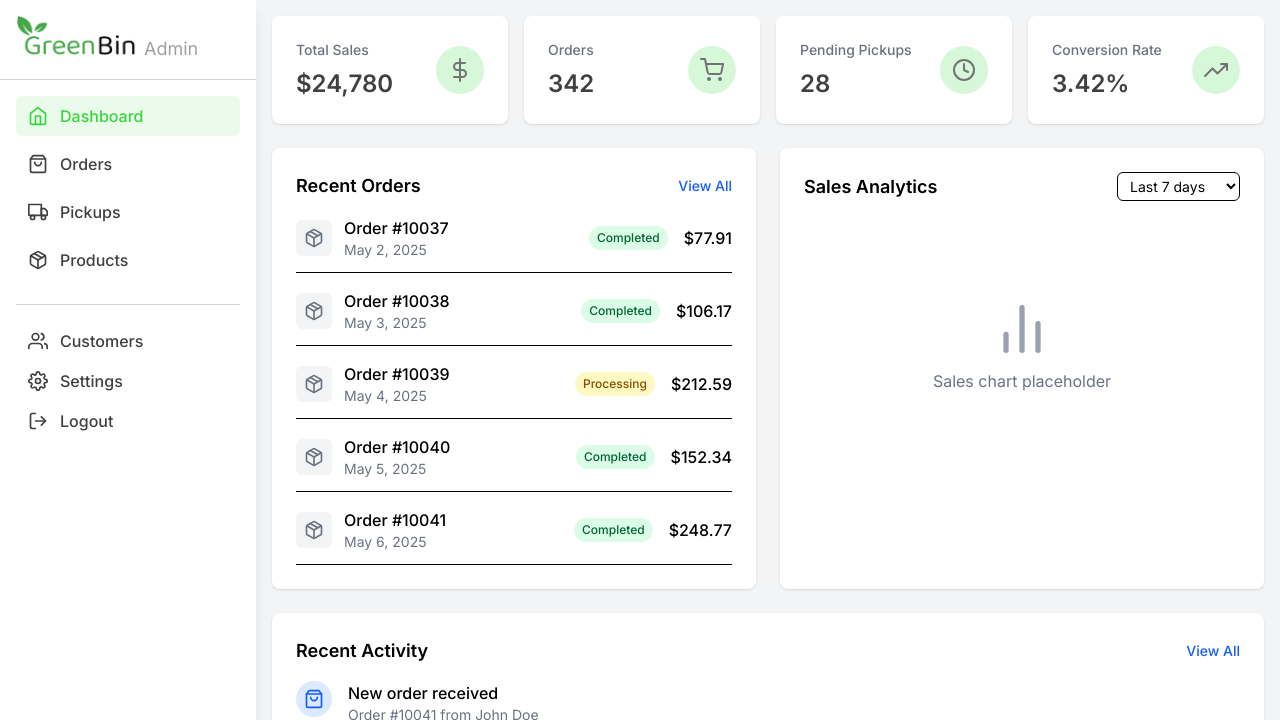
Repository: Siddhu123456/Plastic-Waste-Management
Page: /dashboard (app in frontend/)
An editor plug-in stored every save of this project. The page is shown before and after the next save, followed by the edit.
The browser window is 1280 px wide. The pictures show the whole page.
An inner scrolling area shows only its first screen. The project was rebuilt for these pictures with package versions that can differ from the ones it lists, and the page was loaded fresh each time. Also part of the build but not shown: frontend/vite.config.js, frontend/src/components/ProductCard.jsx, frontend/src/components/TrendingProductsCarousel.jsx, frontend/src/pages/Home.jsx, frontend/src/components/FilterBar.jsx, frontend/src/components/Loader.jsx, frontend/src/pages/customer/Shop.jsx, frontend/src/pages/customer/Recycle.jsx and 22 more. Imported but missing from the stored project, and not drawn on this page: frontend/src/pages/Help, frontend/src/pages/customer/WishList.

Above is the page before, as saved 2025-05-06 21:12:05.

### frontend/src/index.css
@import url('https://fonts.googleapis.com/css2?family=Fugaz+One&family=Montserrat:ital@0;1&display=swap');
@import url('https://fonts.googleapis.com/css2?family=Inter:ital,opsz,wght@0,14..32,100..900;1,14..32,100..900&display=swap');
@import "tailwindcss";


@custom-variant dark (&:where(.dark, .dark *));


@theme{
  --color-ow : #f5f5f5;
  --color-dbg : #000803;
  --color-dsc : #1e221f;
  --color-dtc : #313532;
  --color-lgg : #3bd440;
  --color-tc : #1e1e1e;
  --color-lgd : #2aa12e;
  --color-bl: #1D2A35;
  --color-lg-trans : rgba(69, 167, 72, 0.3);
}

@layer components {
  .pri-btn {
    @apply text-white cursor-pointer text-center rounded-lg bg-lgg hover:bg-lgd transition duration-300
  }
  .white-btn {
    @apply text-lgg cursor-pointer text-center rounded-2xl bg-ow transition duration-300
  }
  .trans-btn{
    @apply border text-center rounded-2xl cursor-pointer border-lgg text-lgg hover:bg-lgg hover:text-white transition
  }

  .white-trans-btn{
    @apply border text-center rounded-2xl cursor-pointer border-white text-white transition duration-300
  }
}

@layer utilities{
  .no-scrollbar::-webkit-scrollbar {
    display: none;
}
.no-scrollbar {
    -ms-overflow-style: none;
    scrollbar-width: none;
}
}

:root{
  font-family: "Inter", sans-serif;
  background-color: #f5f5f5;
  box-sizing: border-box;
  overflow-x: hidden;
}


input[type='range'] {
  pointer-events: all;
  height: 0;
}

input[type='range']::-webkit-slider-thumb {
  appearance: none;
  height: 16px;
  width: 16px;
  background: #22c55e;
  border-radius: 9999px;
  cursor: pointer;
  border: none;
}

input[type='range']::-moz-range-thumb {
  height: 16px;
  width: 16px;
  background: #22c55e;
  border-radius: 9999px;
  cursor: pointer;
  border: none;
}

### frontend/src/App.jsx
import { CartProvider } from './components/CartContext.jsx';
import AppRoutes from './routes/AppRoutes.jsx'


const App = () => (
    <CartProvider>
        <AppRoutes />
    </CartProvider>
)

export default App;

### frontend/src/components/CartContext.jsx
import { createContext, useContext, useState } from "react";

const CartContext = createContext();

export const CartProvider = ({ children }) => {
  const [cartCount, setCartCount] = useState(0);

  return (
    <CartContext.Provider value={{ cartCount, setCartCount }}>
      {children}
    </CartContext.Provider>
  );
};

export const useCart = () => useContext(CartContext);

### frontend/src/routes/AppRoutes.jsx
import { BrowserRouter as Router, Routes, Route } from 'react-router-dom'

import Home from '../pages/Home'
import Help from '../pages/Help'
import Shop from '../pages/customer/Shop'
import Recycle from '../pages/customer/Recycle'
import Cart from '../pages/customer/Cart'
import WishList from '../pages/customer/WishList'
import ProductOverview from '../pages/customer/ProductOverview'
import ScrollToTop from './ScrollToTop'
import Layout from '../components/Layout'
import Wallet from '../pages/customer/Wallet'
import OrderHistory from '../pages/customer/OrderHistory'
import OrderSummary from '../pages/customer/OrderSummary'
import PickupHistory from '../pages/customer/PickupHistory'
import CustomerProfile from '../pages/customer/CustomerProfile'
import ProductForm from '../pages/admin/ProductForm'
import Dashboard from '../pages/admin/Dashboard'
import Orders from '../pages/admin/Orders'
import AdminLayout from '../pages/admin/AdminLayout'

const AppRoutes = () => {
  return (
    <Router>
      <ScrollToTop />
      <Routes>
        {/* Routes using main Layout */}
        <Route element={<Layout />}>
          <Route path='/' element={<Home />} />
          <Route path='/recycle' element={<Recycle />} />
          <Route path='/shop' element={<Shop />} />
          <Route path='/help' element={<Help />} />
          <Route path='/cart' element={<Cart />} />
          <Route path='/favorites' element={<WishList />} />
          <Route path='/wallet' element={<Wallet />} />
          <Route path='/product/:id' element={<ProductOverview />} />
          <Route path='/orders' element={<OrderHistory />} />
          <Route path='/orders/:id' element={<OrderSummary />} />
          <Route path='/pickups' element={<PickupHistory />} />
          <Route path='/cprofile' element={<CustomerProfile />} />
          <Route path='/pform' element={<ProductForm />} />
        </Route>

        <Route element={<AdminLayout />}>
          <Route path='/dashboard' element={<Dashboard />} />
          <Route path='/allorders' element={<Orders />} />
        </Route>

      </Routes>
    </Router>
  )
}

export default AppRoutes

### frontend/src/routes/ScrollToTop.jsx
import { useEffect } from "react";
import { useLocation } from "react-router-dom";

const ScrollToTop = () => {
    const {pathname} = useLocation()
    useEffect(() => {
        window.scrollTo(0,0)
    },[pathname])

    return null
}

export default ScrollToTop;

### frontend/src/pages/admin/Dashboard.jsx
import {
    FiDollarSign,
    FiShoppingCart,
    FiClock,
    FiTrendingUp,
    FiBarChart2,
    FiPackage,
    FiShoppingBag,
    FiCheckCircle,
    FiTruck,
    FiXCircle
  } from 'react-icons/fi';

  import StatCard from '../../components/StatCard';
  import ActivityItem from '../../components/ActivityItem';

  const Dashboard = () => {
    return (
      <div className="space-y-6">
        {/* Stats Cards */}
        <div className="grid grid-cols-1 sm:grid-cols-2 lg:grid-cols-4 gap-4">
          <StatCard
            title="Total Sales"
            value="$24,780"
            change="+12.5%"
            icon={<FiDollarSign className="h-6 w-6" />}
            positive
          />
          <StatCard
            title="Orders"
            value="342"
            change="+8.1%"
            icon={<FiShoppingCart className="h-6 w-6" />}
            positive
          />
          <StatCard
            title="Pending Pickups"
            value="28"
            change="-3.4%"
            icon={<FiClock className="h-6 w-6" />}
            positive={false}
          />
          <StatCard
            title="Conversion Rate"
            value="3.42%"
            change="+2.3%"
            icon={<FiTrendingUp className="h-6 w-6" />}
            positive
          />
        </div>

        {/* Recent Orders and Sales Chart */}
        <div className="grid grid-cols-1 lg:grid-cols-2 gap-6">
          <div className="bg-white rounded-lg shadow p-6">
            <div className="flex justify-between items-center mb-4">
              <h3 className="text-lg font-semibold">Recent Orders</h3>
              <button className="text-blue-600 text-sm font-medium">View All</button>
            </div>
            <div className="space-y-4">
              {/* Order Items */}
              {[1, 2, 3, 4, 5].map((order) => (
                <div key={order} className="flex justify-between items-center border-b pb-3">
                  <div className="flex items-center">
                    <div className="rounded-md bg-gray-100 p-2">
                      <FiPackage className="h-5 w-5 text-gray-500" />
                    </div>
                    <div className="ml-3">
                      <p className="font-medium">Order #{10036 + order}</p>
                      <p className="text-sm text-gray-500">May {order + 1}, 2025</p>
                    </div>
                  </div>
                  <div className="flex items-center">
                    <span className={`px-2 py-1 rounded-full text-xs font-medium ${
                      order % 3 === 0 ? 'bg-yellow-100 text-yellow-800' : 'bg-green-100 text-green-800'
                    }`}>
                      {order % 3 === 0 ? 'Processing' : 'Completed'}
                    </span>
                    <span className="ml-4 font-medium">${(Math.random() * 200 + 50).toFixed(2)}</span>
                  </div>
                </div>
              ))}
            </div>
          </div>

          <div className="bg-white rounded-lg shadow p-6">
            <div className="flex justify-between items-center mb-4">
              <h3 className="text-lg font-semibold">Sales Analytics</h3>
              <select className="text-sm border rounded-md px-2 py-1">
                <option>Last 7 days</option>
                <option>Last 30 days</option>
                <option>Last 90 days</option>
              </select>
            </div>
            <div className="h-64 flex items-center justify-center">
              <div className="text-center">
                <FiBarChart2 className="h-16 w-16 mx-auto text-gray-400" />
                <p className="mt-2 text-gray-500">Sales chart placeholder</p>
              </div>
            </div>
          </div>
        </div>

        {/* Recent Activity */}
        <div className="bg-white rounded-lg shadow p-6">
          <div className="flex justify-between items-center mb-4">
            <h3 className="text-lg font-semibold">Recent Activity</h3>
            <button className="text-blue-600 text-sm font-medium">View All</button>
          </div>
          <div className="space-y-4">
            <ActivityItem
              icon={<FiShoppingBag className="h-5 w-5" />}
              title="New order received"
              description="Order #10041 from John Doe"
              time="5 minutes ago"
            />
            <ActivityItem
              icon={<FiCheckCircle className="h-5 w-5" />}
              title="Order completed"
              description="Order #10038 has been delivered"
              time="2 hours ago"
            />
            <ActivityItem
              icon={<FiTruck className="h-5 w-5" />}
              title="Pickup scheduled"
              description="Order #10039 ready for pickup at 5:00 PM"
              time="3 hours ago"
            />
            <ActivityItem
              icon={<FiXCircle className="h-5 w-5" />}
              title="Order cancelled"
              description="Order #10036 has been cancelled"
              time="5 hours ago"
            />
          </div>
        </div>
      </div>
    );
  };

  export default Dashboard;

### frontend/src/pages/admin/AdminLayout.jsx
import React, { useState } from "react";
import { FiMenu } from "react-icons/fi";
import Sidebar from "../../components/Sidebar";
import { Outlet } from "react-router-dom";
import LogoGBB from '../../assets/images/logoGBB.png'


const AdminLayout = () => {
  const [sidebarOpen, setSidebarOpen] = useState(false);
  const [activePage, setActivePage] = useState('dashboard');

  const toggleSidebar = () => {
    setSidebarOpen(!sidebarOpen);
  };

  return (
    <div className="flex h-screen bg-gray-100 dark:bg-dsc">
      {/* Sidebar */}
      <Sidebar
        activePage={activePage}
        setActivePage={setActivePage}
        sidebarOpen={sidebarOpen}
        toggleSidebar={toggleSidebar}
      />

      {/* Main Content */}
      <div className="flex flex-col flex-1 xl:ml-64">
        {/* Top bar with menu toggle */}
        <header className="bg-white shadow-sm z-10 xl:hidden">
          <div className="px-4 py-1 flex items-center gap-4">
            <button
              onClick={toggleSidebar}
              className="mr-2 text-gray-600 focus:outline-none"
            >
              <FiMenu className="h-6 w-6" />
            </button>
            <div className=" flex items-baseline gap-2">
              <img className="w-30" src={LogoGBB} alt="GreenBin" />
              <p className="text-lg text-neutral-400">Admin</p>
            </div>
          </div>
        </header>

        {/* Page content */}
        <main className="flex-1 p-4 overflow-auto">
          <Outlet />
        </main>
      </div>

      {/* Overlay to close sidebar on mobile */}
      {sidebarOpen && (
        <div
          className="fixed inset-0 bg-black/50 z-40 xl:hidden"
          onClick={toggleSidebar}
        />
      )}
    </div>
  );
};

export default AdminLayout;

### frontend/src/components/StatCard.jsx
const StatCard = ({ title, value, icon }) => {
    return (
      <div className="bg-white rounded-lg shadow p-6">
        <div className="flex items-center justify-between">
          <div>
            <p className="text-sm font-medium text-gray-500">{title}</p>
            <p className="text-2xl text-neutral-700 font-semibold mt-2">{value}</p>
          </div>
          <div className="p-3 rounded-full text-neutral-500 bg-lgg/20">
            {icon}
          </div>
        </div>
      </div>
    );
  };

  export default StatCard;

### frontend/src/components/ActivityItem.jsx
const ActivityItem = ({ icon, title, description, time }) => {
    return (
      <div className="flex">
        <div className="mr-4">
          <div className="p-2 rounded-full bg-blue-100 text-blue-600">
            {icon}
          </div>
        </div>
        <div>
          <div className="font-medium">{title}</div>
          <div className="text-sm text-gray-500">{description}</div>
          <div className="text-xs text-gray-400 mt-1">{time}</div>
        </div>
      </div>
    );
  };

  export default ActivityItem;

### frontend/src/components/Sidebar.jsx
import {
  FiHome,
  FiShoppingBag,
  FiTruck,
  FiPackage,
  FiUsers,
  FiSettings,
  FiLogOut,
  FiX
} from 'react-icons/fi';
import LogoGBB from '../assets/images/logoGBB.png'
import SidebarItem from './SidebarItem';

const Sidebar = ({ activePage, setActivePage, sidebarOpen, toggleSidebar }) => {
  return (
    <div className={`fixed inset-y-0 left-0 top-0 z-50 w-64 bg-white shadow-lg transform transition-transform duration-200 xl:translate-x-0 ${sidebarOpen ? 'translate-x-0' : '-translate-x-full'}`}>
      <div className="flex items-center justify-between p-4 border-b border-neutral-300">
        <div className=" flex items-baseline gap-2">
          <img className="w-30" src={LogoGBB} alt="GreenBin" />
          <p className="text-lg text-neutral-400">Admin</p>
        </div>
        <button onClick={toggleSidebar} className="p-2 rounded-md xl:hidden">
          <FiX className="h-6 w-6" />
        </button>
      </div>
      <div className="p-4">
        <nav className="flex flex-col gap-2">
          <SidebarItem
            icon={<FiHome className="h-5 w-5" />}
            title="Dashboard"
            val="dashboard"
            active={activePage === 'dashboard'}
            onClick={() => setActivePage('dashboard')}
          />
          <SidebarItem
            icon={<FiShoppingBag className="h-5 w-5" />}
            title="Orders"
            val="allorders"
            active={activePage === 'orders'}
            onClick={() => setActivePage('orders')}
          />
          <SidebarItem
            icon={<FiTruck className="h-5 w-5" />}
            title="Pickups"
            active={activePage === 'pickups'}
            onClick={() => setActivePage('pickups')}
          />
          <SidebarItem
            icon={<FiPackage className="h-5 w-5" />}
            title="Products"
            active={activePage === 'products'}
            onClick={() => setActivePage('products')}
          />
          <div className="pt-4 mt-4 border-t border-neutral-300">
            <SidebarItem
              icon={<FiUsers className="h-5 w-5" />}
              title="Customers"
              active={activePage === 'customers'}
              onClick={() => setActivePage('customers')}
            />
            <SidebarItem
              icon={<FiSettings className="h-5 w-5" />}
              title="Settings"
              active={activePage === 'settings'}
              onClick={() => setActivePage('settings')}
            />
            <SidebarItem
              icon={<FiLogOut className="h-5 w-5" />}
              title="Logout"
              active={false}
            />
          </div>
        </nav>
      </div>
    </div>
  );
};

export default Sidebar;

### frontend/src/components/SidebarItem.jsx
import { Link } from "react-router-dom";

const SidebarItem = ({ icon, title,val, active, onClick }) => {
    return (
    <Link to={`/${val}`}>
          <button
        onClick={onClick}
        className={`flex items-center w-full px-3 py-2 rounded-md transition-colors cursor-pointer ${
          active ? 'bg-lgg/10 text-lgg' : 'text-neutral-700 hover:bg-lgg/10'
        }`}
      >
        <span className="mr-3">{icon}</span>
        <span className="font-medium">{title}</span>
      </button>
    </Link>
    )
  }

  export default SidebarItem;

Loaded but not shown: frontend/index.html (common file); frontend/src/main.jsx (common file)

After the next save:
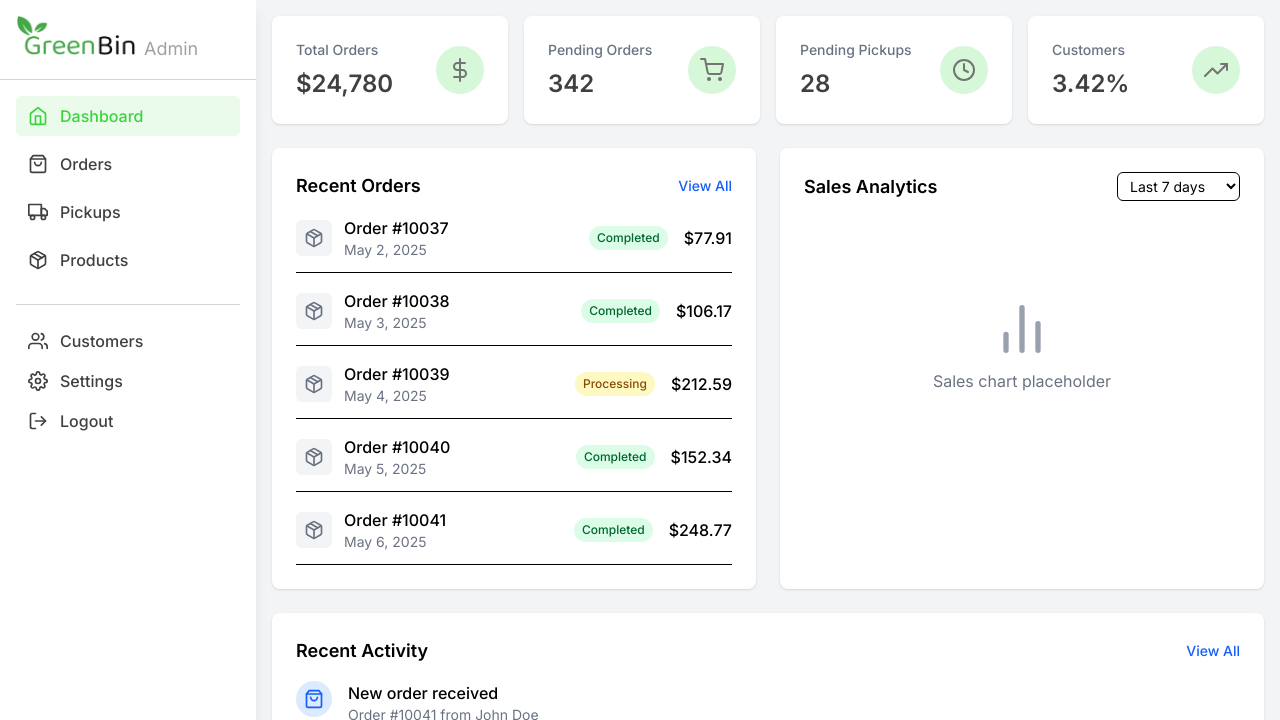
Saved 77 s later.
--- a/frontend/src/pages/admin/Dashboard.jsx
+++ b/frontend/src/pages/admin/Dashboard.jsx
@@ -20,32 +20,24 @@ import {
         {/* Stats Cards */}
         <div className="grid grid-cols-1 sm:grid-cols-2 lg:grid-cols-4 gap-4">
           <StatCard
-            title="Total Sales"
+            title="Total Orders"
             value="$24,780"
-            change="+12.5%"
             icon={<FiDollarSign className="h-6 w-6" />}
-            positive
           />
           <StatCard
-            title="Orders"
+            title="Pending Orders"
             value="342"
-            change="+8.1%"
             icon={<FiShoppingCart className="h-6 w-6" />}
-            positive
           />
           <StatCard
             title="Pending Pickups"
             value="28"
-            change="-3.4%"
             icon={<FiClock className="h-6 w-6" />}
-            positive={false}
           />
           <StatCard
-            title="Conversion Rate"
+            title="Customers"
             value="3.42%"
-            change="+2.3%"
             icon={<FiTrendingUp className="h-6 w-6" />}
-            positive
           />
         </div>
 
